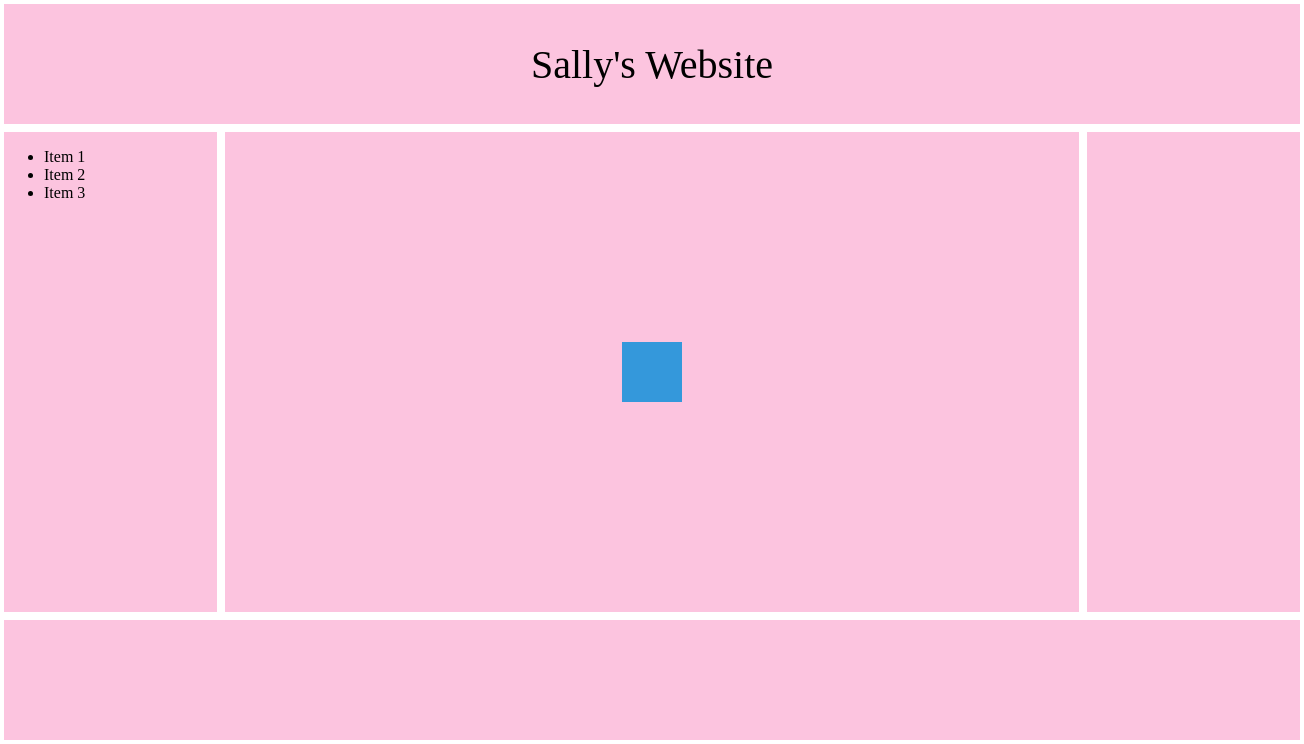
Repository: tianjiewang2022/tianjiewang2022.github.io
Page: index.html
These files come from the project's save history. The page is drawn as it stood at one moment and after the next save; the edit follows.
The browser window is 1280 px wide. The page is 1304 px wide, so the pictures cover 1304 px, including what lies to the right of the window. The pictures show the whole page.

Above is the page before, as saved 2023-10-03 00:02:56.

After the next save:
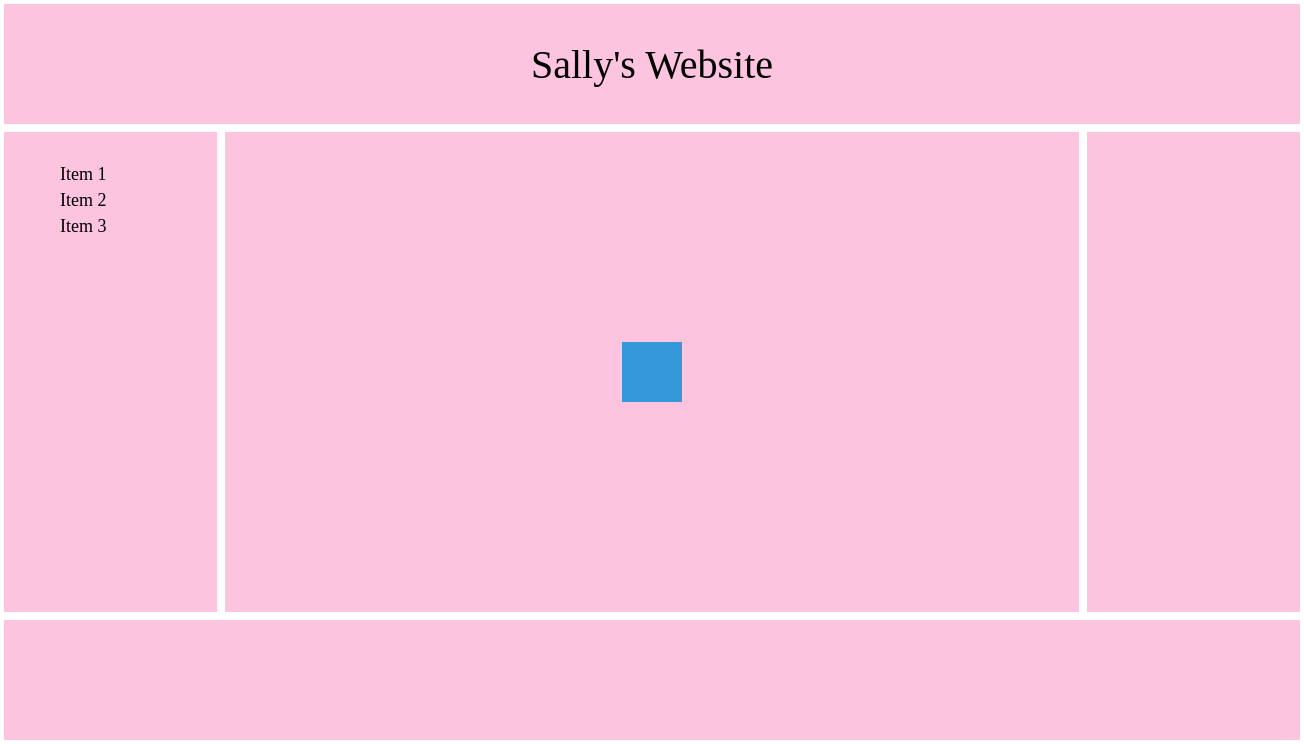
Saved 43 s later.
--- a/index.html
+++ b/index.html
@@ -127,17 +127,19 @@
         </header>
 
         <!-- Your content goes here -->
-        <div class="left_bar">
+        <span class="left_bar"></span>
+
+        <div class="main_area">
+            <div class="box"></div> <!-- Centered box -->
+        </div>
+        <span class="right_bar"></span>
+        <div class="left-side-ul">
             <ul>
                 <li>Item 1</li>
                 <li>Item 2</li>
                 <li>Item 3</li>
             </ul>
         </div>
-        <div class="main_area">
-            <div class="box"></div> <!-- Centered box -->
-        </div>
-        <span class="right_bar"></span>
 
         <footer></footer>
     </body>

After the 2 saves that followed:
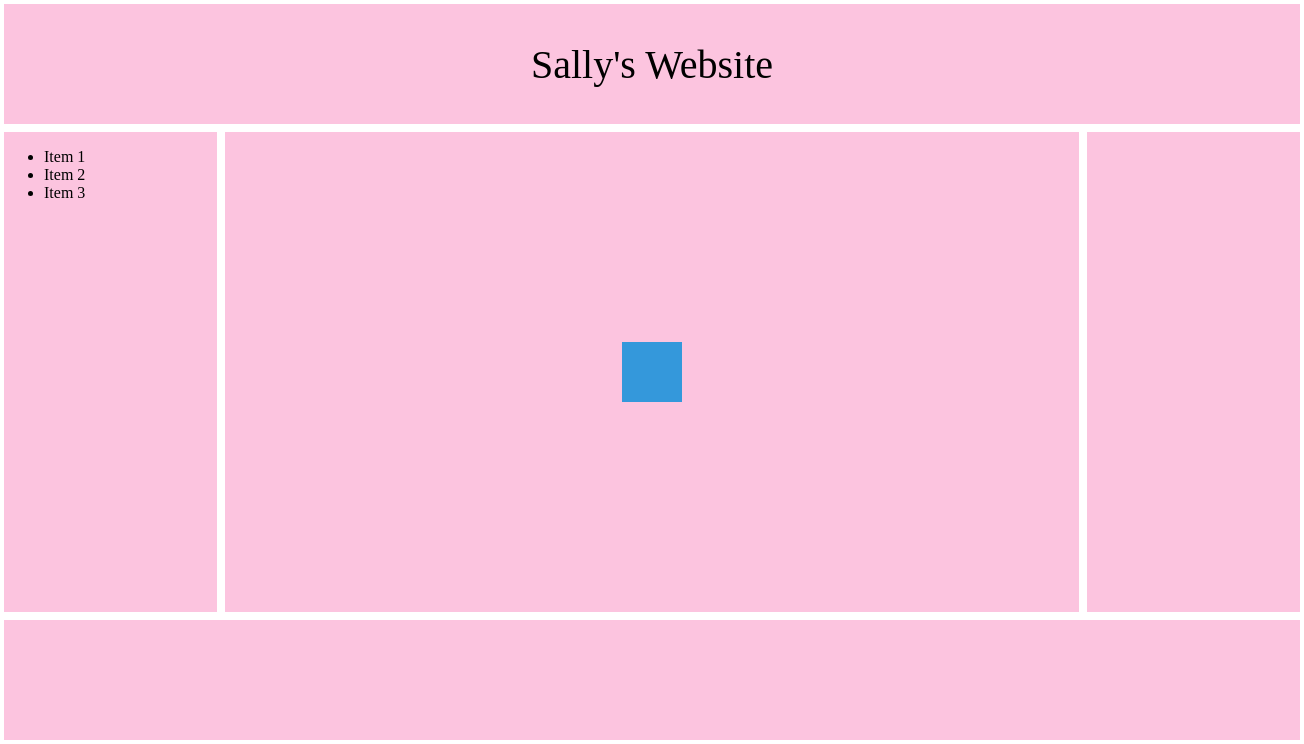
The 2 saves are shown as one change because they came seconds apart.
The last was saved 2 min 4 s later.
--- a/index.html
+++ b/index.html
@@ -41,21 +41,6 @@
                 /* Position the left bar at the left side */
                 border: 4px solid #fff;
 
-            }
-
-            .left-side-ul {
-                grid-row: 2 / span 3;
-                /* Adjust the row placement */
-                grid-column: 1 / span 1;
-                padding: 20px;
-                /* Add padding for spacing */
-            }
-
-            .left-side-ul li {
-                list-style: none;
-                margin: 5px 0;
-                /* Add vertical margin between list items */
-                font-size: 18px;
             }
 
             .main_area {
@@ -127,19 +112,17 @@
         </header>
 
         <!-- Your content goes here -->
-        <span class="left_bar"></span>
-
-        <div class="main_area">
-            <div class="box"></div> <!-- Centered box -->
-        </div>
-        <span class="right_bar"></span>
-        <div class="left-side-ul">
+        <div class="left_bar">
             <ul>
                 <li>Item 1</li>
                 <li>Item 2</li>
                 <li>Item 3</li>
             </ul>
         </div>
+        <div class="main_area">
+            <div class="box"></div> <!-- Centered box -->
+        </div>
+        <span class="right_bar"></span>
 
         <footer></footer>
     </body>
